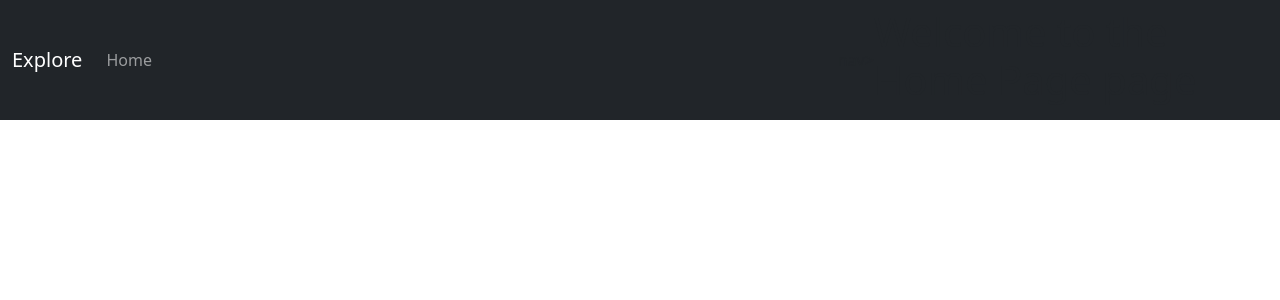
Repository: Survey-Wizard/SurveyWizard
Page: http://localhost/home
These files come from the project's save history. The page is drawn as it stood at one moment and after a run of saves; the edit follows.
The browser window is 1280 px wide. The pictures show the whole page.
The page is served by the project's Node server (server.js).

Above is the page before, as saved 2021-05-30 09:56:34.

After the next 2 saves:
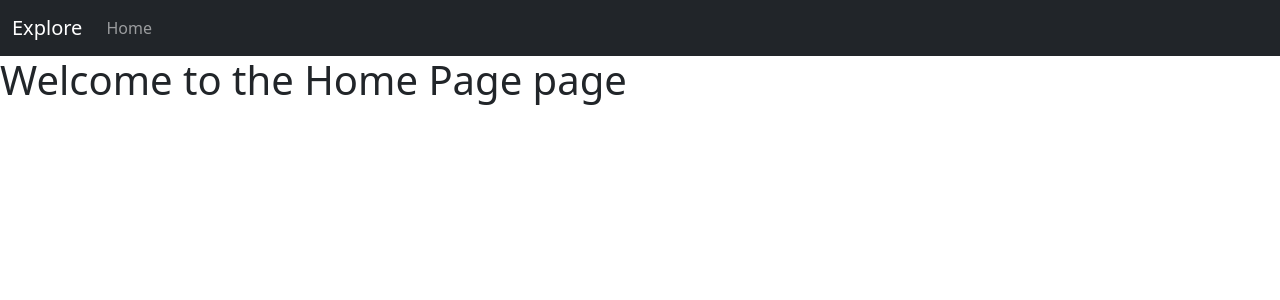
The 2 saves are shown as one change because they came seconds apart.
The last was saved 6 s later.
--- a/views/index.ejs
+++ b/views/index.ejs
@@ -23,7 +23,8 @@
           </li>
 
         </div>
-      </div>nav>
+      </nav>
+
 
 
   <h1>Welcome to the <%= title %> page</h1>
